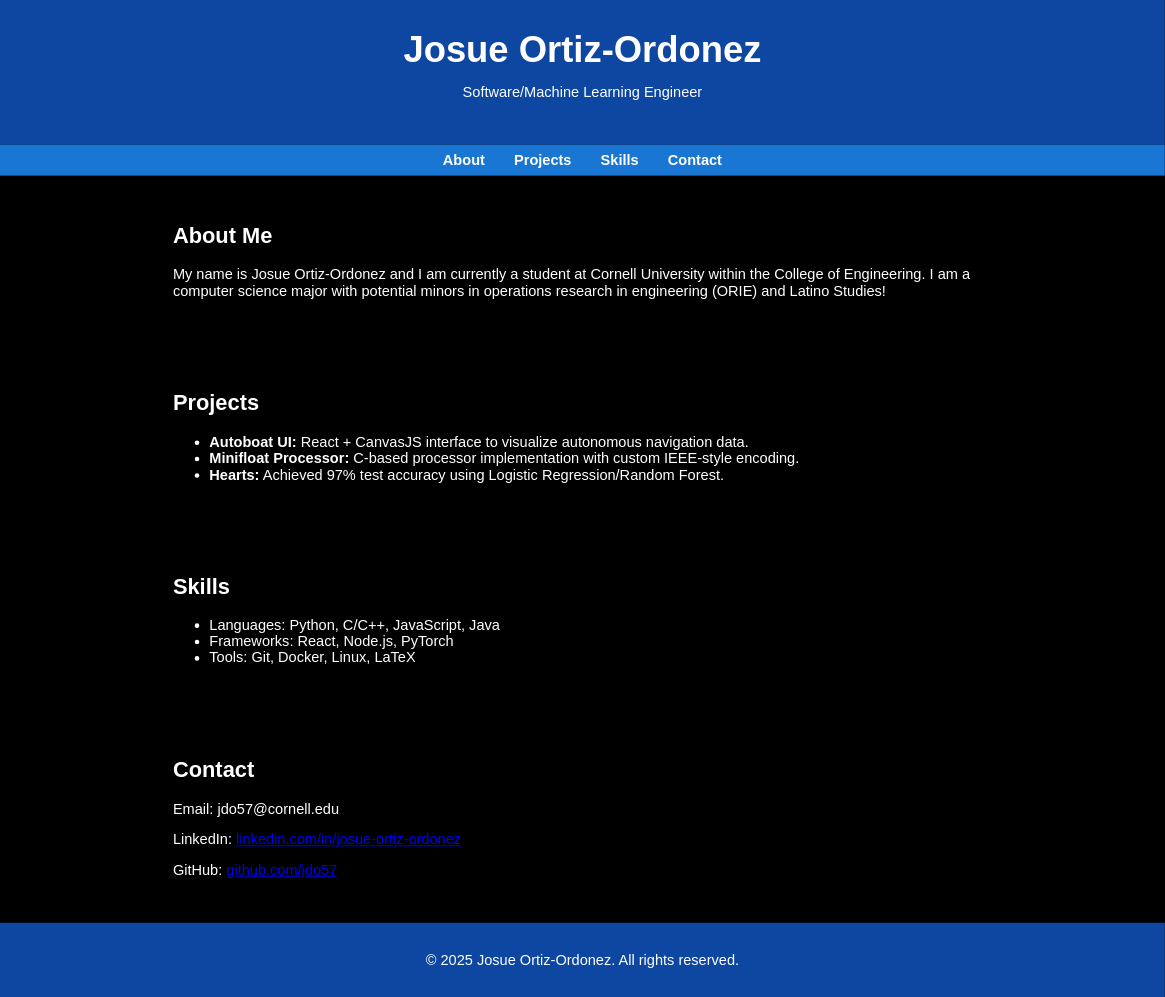
Repository: jdo57/Website
Page: index.html
An editor plug-in stored every save of this project. The page is shown before and after the next save, followed by the edit.
The browser window is 1280 px wide. The pictures show the whole page, at 91% of full size.

Above is the page before, as saved 2025-05-26 01:19:31.

### index.html
<!DOCTYPE html>
<html lang="en">
<head>
  <meta charset="UTF-8" />
  <meta name="viewport" content="width=device-width, initial-scale=1.0" />
  <title>Josue Ortiz-Ordonez | Portfolio</title>
  <style>
    :root {
      --primary-color: #0d47a1;
      --background-color: #000000;
      --text-color: #ffffff;
      --accent-color: #1976d2;
    }

    body {
      margin: 0;
      font-family: Arial, sans-serif;
      background-color: var(--background-color);
      color: var(--text-color);
    }

    header {
      background-color: var(--primary-color);
      padding: 2rem;
      text-align: center;
    }

    header h1 {
      margin: 0;
      font-size: 2.5rem;
    }

    nav {
      display: flex;
      justify-content: center;
      background-color: var(--accent-color);
      padding: 0.5rem;
    }

    nav a {
      margin: 0 1rem;
      color: white;
      text-decoration: none;
      font-weight: bold;
    }

    nav a:hover {
      text-decoration: underline;
    }

    section {
      padding: 2rem;
      max-width: 900px;
      margin: auto;
    }

    footer {
      background-color: var(--primary-color);
      color: white;
      text-align: center;
      padding: 1rem;
      position: relative;
    }

  </style>
</head>
<body>
  <header>
    <h1>Josue Ortiz-Ordonez</h1>
    <p>Software/Machine Learning Engineer</p>
  </header>

  <nav>
    <a href="#about">About</a>
    <a href="#projects">Projects</a>
    <a href="#skills">Skills</a>
    <a href="#contact">Contact</a>
  </nav>

  <section id="about">
    <h2>About Me</h2>
    <p>
      My name is Josue Ortiz-Ordonez and I am currently a student at Cornell University within
      the College of Engineering. I am a computer science major with potential minors in operations
      research in engineering (ORIE) and Latino Studies!
    </p>
  </section>

  <section id="projects">
    <h2>Projects</h2>
    <ul>
      <li><strong>Autoboat UI:</strong> React + CanvasJS interface to visualize autonomous navigation data.</li>
      <li><strong>Minifloat Processor:</strong> C-based processor implementation with custom IEEE-style encoding.</li>
      <li><strong>Hearts:</strong> Achieved 97% test accuracy using Logistic Regression/Random Forest.</li>
    </ul>
  </section>

  <section id="skills">
    <h2>Skills</h2>
    <ul>
      <li>Languages: Python, C/C++, JavaScript, Java</li>
      <li>Frameworks: React, Node.js, PyTorch</li>
      <li>Tools: Git, Docker, Linux, LaTeX</li>
    </ul>
  </section>

  <section id="contact">
    <h2>Contact</h2>
    <p>Email: jdo57@cornell.edu</p>
    <p>LinkedIn: <a href="https://www.linkedin.com/in/josue-ortiz-ordonez/" target="_blank">linkedin.com/in/josue-ortiz-ordonez</a></p>
    <p>GitHub: <a href="https://github.com/jdo57" target="_blank">github.com/jdo57</a></p>
  </section>

  <footer>
    <p>&copy; 2025 Josue Ortiz-Ordonez. All rights reserved.</p>
  </footer>
</body>
</html>

After the next save:
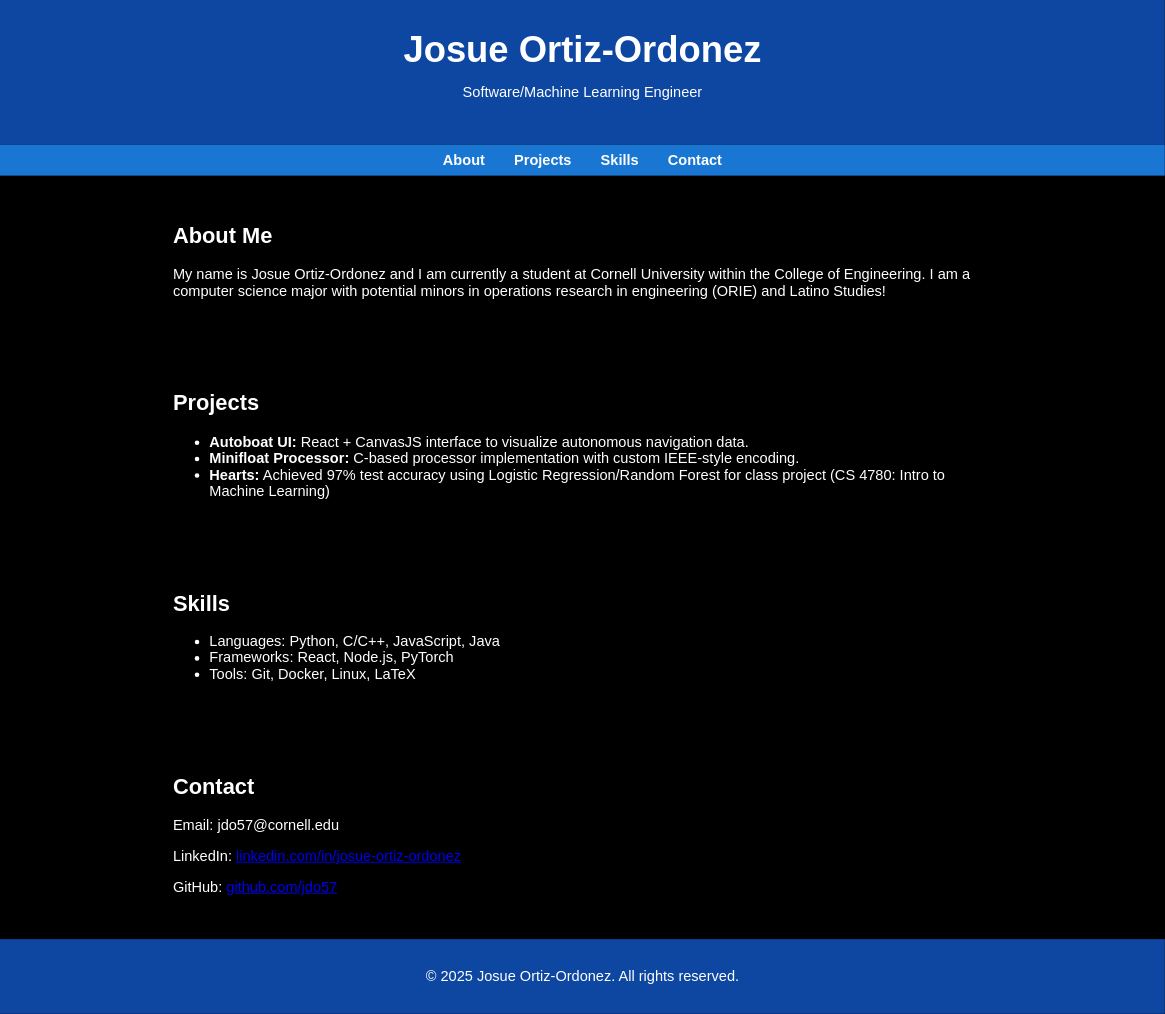
Saved 19 s later.
--- a/index.html
+++ b/index.html
@@ -91,7 +91,8 @@
     <ul>
       <li><strong>Autoboat UI:</strong> React + CanvasJS interface to visualize autonomous navigation data.</li>
       <li><strong>Minifloat Processor:</strong> C-based processor implementation with custom IEEE-style encoding.</li>
-      <li><strong>Hearts:</strong> Achieved 97% test accuracy using Logistic Regression/Random Forest.</li>
+      <li><strong>Hearts:</strong> Achieved 97% test accuracy using Logistic Regression/Random Forest for
+      class project (CS 4780: Intro to Machine Learning)</li>
     </ul>
   </section>
 
